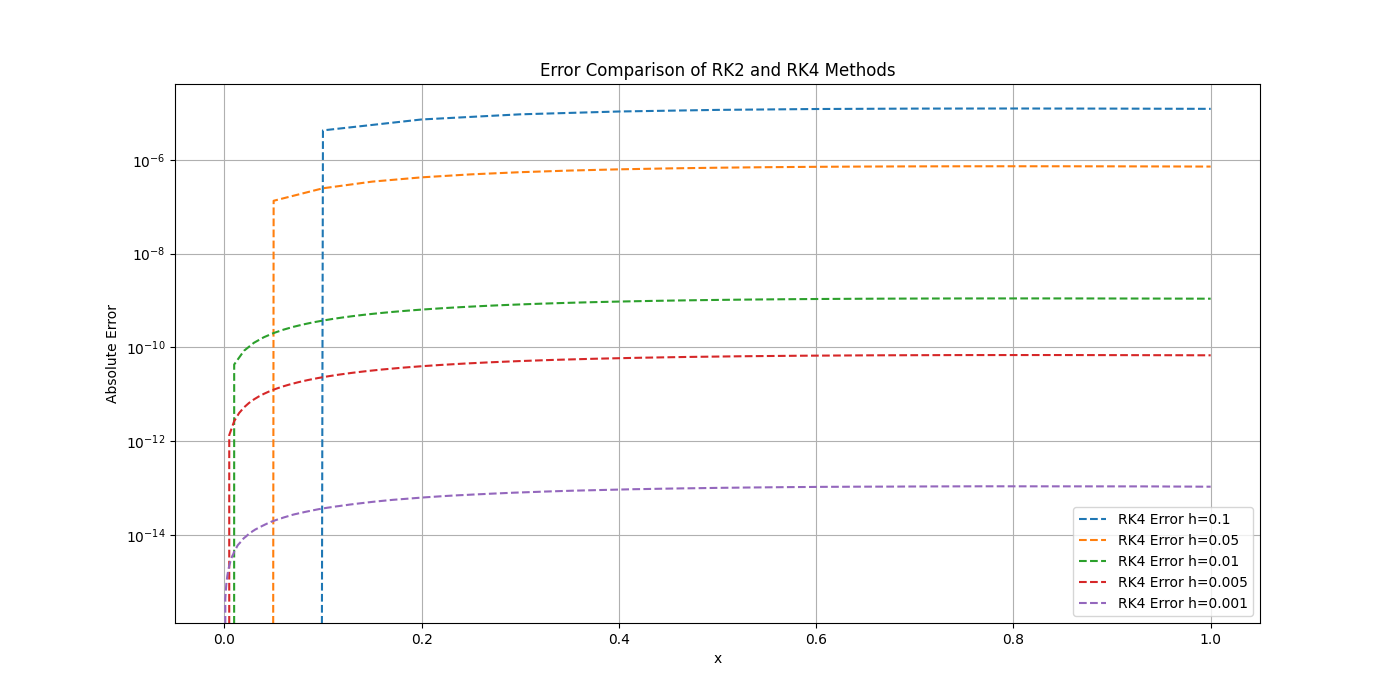
Repository: ChabanovX/runge-kutta-algos
Script's output: python test.py
These files come from the project's save history. The script's output is drawn as it stood at one moment and after the next save; the edit follows.
Random numbers start from a fixed seed.

Above is the script's output before, as saved 2024-11-09 14:30:57.

### test.py
import numpy as np
import matplotlib.pyplot as plt

def rk2(f, x0, y0, x_end, h):
    x_values = np.arange(x0, x_end + h, h)
    y_values = np.zeros(len(x_values))
    y_values[0] = y0

    for i in range(1, len(x_values)):
        x_n = x_values[i - 1]
        y_n = y_values[i - 1]

        k1 = f(x_n, y_n)
        k2 = f(x_n + h, y_n + h * k1)
        y_values[i] = y_n + (h / 2) * (k1 + k2)

    return x_values, y_values

def rk4(f, x0, y0, x_end, h):
    x_values = np.arange(x0, x_end + h, h)
    y_values = np.zeros(len(x_values))
    y_values[0] = y0

    for i in range(1, len(x_values)):
        x_n = x_values[i - 1]
        y_n = y_values[i - 1]

        k1 = f(x_n, y_n)
        k2 = f(x_n + h / 2, y_n + h / 2 * k1)
        k3 = f(x_n + h / 2, y_n + h / 2 * k2)
        k4 = f(x_n + h, y_n + h * k3)

        y_values[i] = y_n + (h / 6) * (k1 + 2 * k2 + 2 * k3 + k4)

    return x_values, y_values

# Define the ODE y' = -2y + 2x^2 + 2x
def f(x, y):
    return -2 * y + 2 * x**2 + 2 * x

# Analytical solution
def exact_solution(x):
    return np.exp(-2 * x) + x**2

# Initial conditions
x0 = 0
y0 = 1
x_end = 1

# Step sizes
h_values = [0.1, 0.05, 0.01, 0.005, 0.001]

# Prepare plots
plt.figure(figsize=(14, 7))

for h in h_values:
    # RK2 method
    x_rk2, y_rk2 = rk2(f, x0, y0, x_end, h)
    y_exact_rk2 = exact_solution(x_rk2)
    error_rk2 = np.abs(y_rk2 - y_exact_rk2)

    # RK4 method
    x_rk4, y_rk4 = rk4(f, x0, y0, x_end, h)
    y_exact_rk4 = exact_solution(x_rk4)
    error_rk4 = np.abs(y_rk4 - y_exact_rk4)

    # Plot errors
    # plt.plot(x_rk2, error_rk2, label=f'RK2 Error h={h}')
    plt.plot(x_rk4, error_rk4, '--', label=f'RK4 Error h={h}')

plt.xlabel('x')
plt.ylabel('Absolute Error')
plt.title('Error Comparison of RK2 and RK4 Methods')
plt.legend()
plt.yscale('log')  # Use logarithmic scale for error
plt.grid(True)
plt.show()

After the next save:
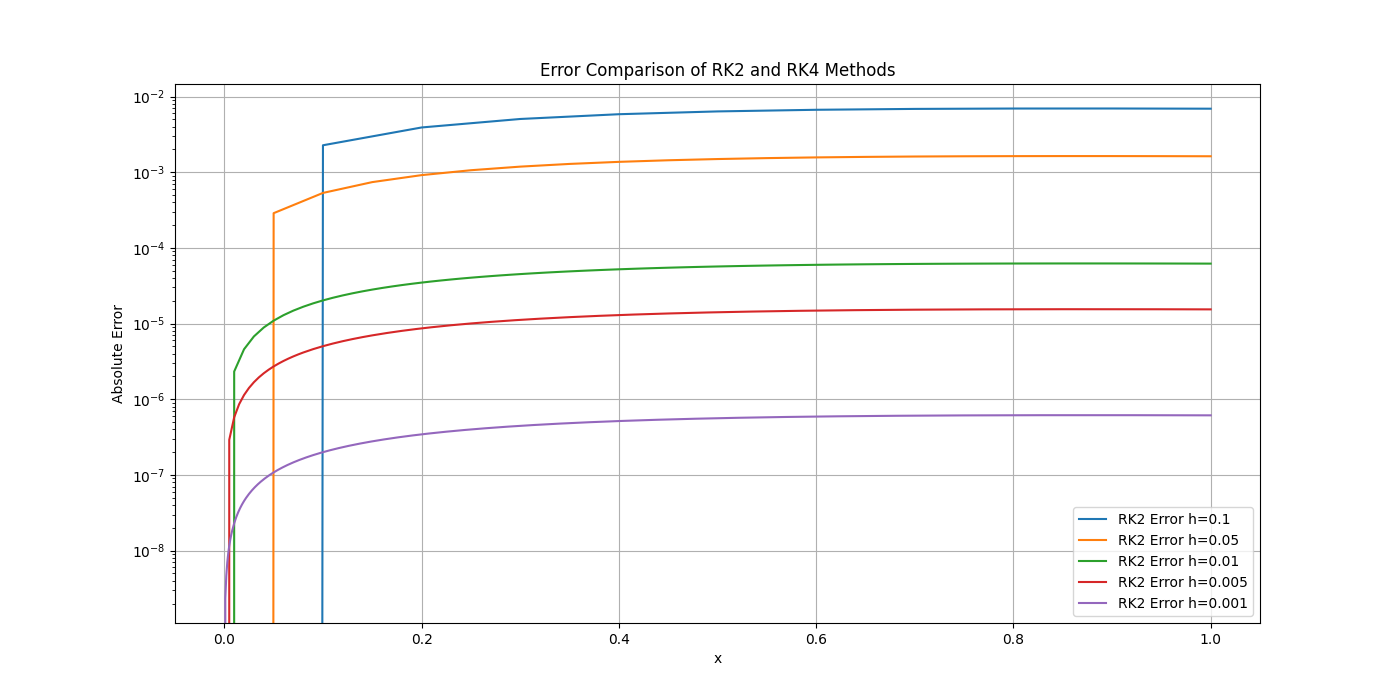
Saved 42 s later.
--- a/test.py
+++ b/test.py
@@ -65,8 +65,8 @@ for h in h_values:
     error_rk4 = np.abs(y_rk4 - y_exact_rk4)
 
     # Plot errors
-    # plt.plot(x_rk2, error_rk2, label=f'RK2 Error h={h}')
-    plt.plot(x_rk4, error_rk4, '--', label=f'RK4 Error h={h}')
+    plt.plot(x_rk2, error_rk2, label=f'RK2 Error h={h}')
+    # plt.plot(x_rk4, error_rk4, '--', label=f'RK4 Error h={h}')
 
 plt.xlabel('x')
 plt.ylabel('Absolute Error')
